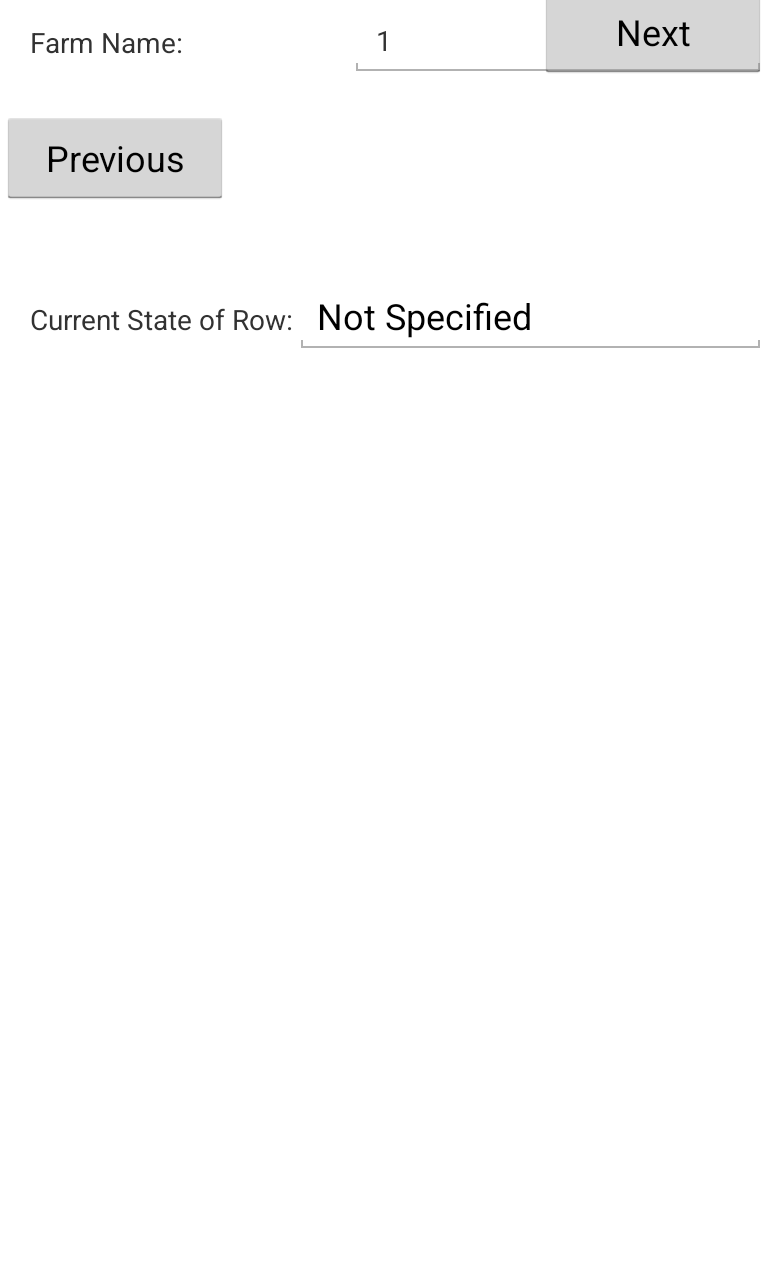
Repository: cokembel/FarmHand
Layout: FarmHand/res/layout/activity_main.xml
An editor plug-in stored every save of this project. The layout is shown before and after the next save, followed by the edit.
It is drawn on a 768 x 1280 px phone screen (xhdpi) without system bars, with theme AppTheme; the app's code is not run.

Above is the layout before, as saved 2012-12-03 08:38:50.

### FarmHand/res/layout/activity_main.xml

    <ScrollView xmlns:android="http://schemas.android.com/apk/res/android"
        android:layout_width="match_parent"
        android:layout_height="match_parent"
        android:layout_alignParentLeft="true"
        android:layout_alignParentTop="true" >

        <RelativeLayout
            android:layout_width="match_parent"
            android:layout_height="wrap_content" >

            <AutoCompleteTextView
                android:id="@+id/farm_name"
                android:layout_width="wrap_content"
                android:layout_height="wrap_content"
                android:layout_alignParentRight="true"
                android:layout_alignParentTop="true"
                android:ems="10" />

            <Button
                android:id="@+id/prev_row_button"
                android:layout_width="115dp"
                android:layout_height="wrap_content"
                android:layout_gravity="left"
                android:layout_marginTop="55dp"
                android:text="Previous" />

            <TextView
                android:id="@+id/farm_label"
                android:layout_width="100dp"
                android:layout_height="wrap_content"
                android:layout_alignBaseline="@id/farm_name"
                android:layout_alignBottom="@id/farm_name"
                android:layout_alignRight="@id/prev_row_button"
                android:text="@string/farm_name" />

            <TextView
                android:id="@+id/status_label"
                android:layout_width="wrap_content"
                android:layout_height="wrap_content"
                android:layout_marginTop="150dp"
                android:layout_alignLeft="@id/farm_label"
                android:text="@string/status" />

            <EditText
                android:id="@+id/current_status"
                android:layout_width="match_parent"
                android:layout_height="wrap_content"
                android:layout_alignBaseline="@id/status_label"
                android:layout_alignParentRight="true"
                android:layout_toRightOf="@+id/status_label"
                android:text="Not Specified" />

            <TextView
                android:id="@+id/row_number"
                android:layout_width="100dp"
                android:layout_height="40dp"
                android:layout_alignBottom="@+id/prev_row"
                android:layout_alignTop="@+id/prev_row"
                android:layout_centerHorizontal="true"
                android:gravity="center"
                android:text="1" />

            <Button
                android:id="@+id/next_row_button"
                android:layout_width="115dp"
                android:layout_height="match_parent"
                android:layout_alignBottom="@+id/row_number"
                android:layout_alignParentRight="true"
                android:layout_alignTop="@+id/prev_row"
                android:text="Next" />

            <Button
                android:id="@+id/not_down_button"
                android:text="Not Down"
                android:layout_gravity="left" />

            <Button
                android:id="@+id/down_button"
                android:layout_width="fill_parent"
                android:text="Down" />

        </RelativeLayout>

    </ScrollView>

### FarmHand/res/values/strings.xml
<resources>

    <string name="app_name">FarmHand</string>
    <string name="menu_settings">Settings</string>
    <string name="title_activity_main">MainActivity</string>
    <string name="farm_name">Farm Name:</string>
	<string name="status">Current State of Row:</string>

</resources>

Loaded but not shown: FarmHand/res/values-v11/styles.xml (common file); FarmHand/res/values-v14/styles.xml (common file); FarmHand/res/values/styles.xml (common file)

After the next save:
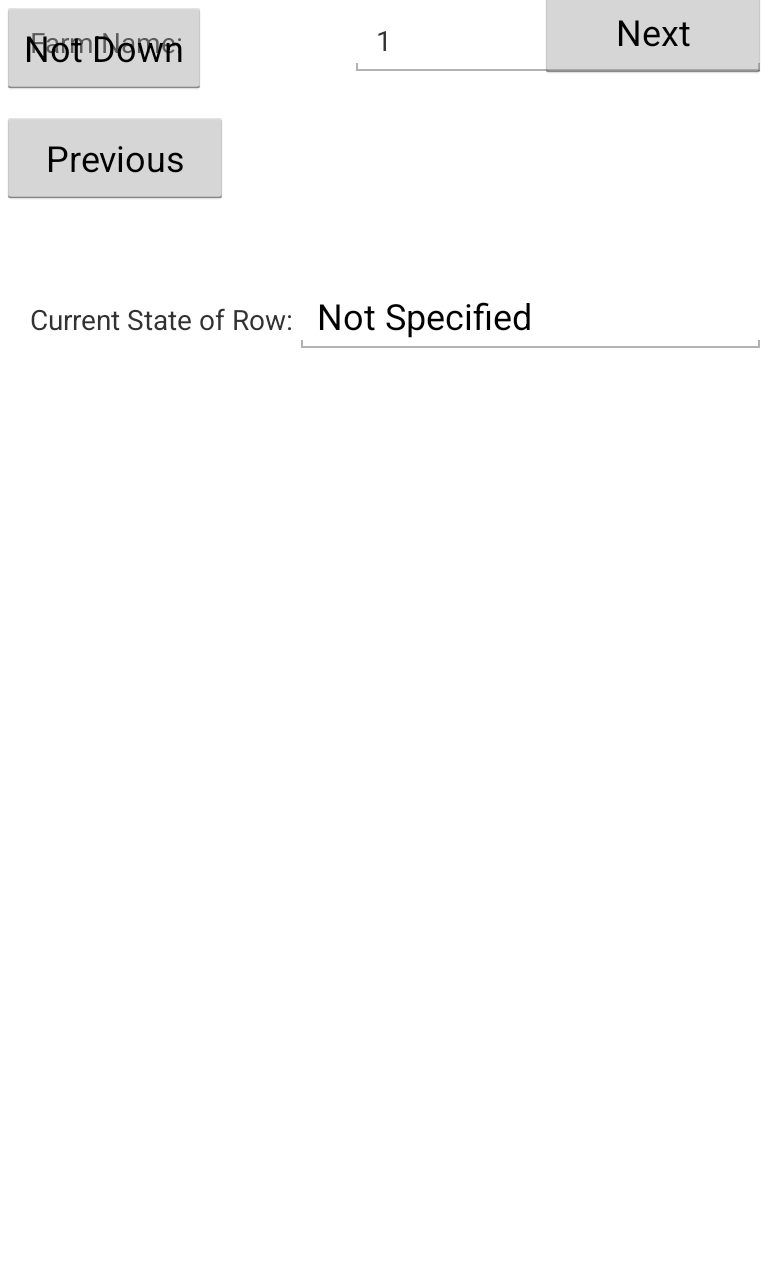
Saved 4 min 1 s later.
--- a/FarmHand/res/layout/activity_main.xml
+++ b/FarmHand/res/layout/activity_main.xml
@@ -73,6 +73,8 @@
             <Button
                 android:id="@+id/not_down_button"
                 android:text="Not Down"
+                android:layout_height="wrap_content"
+                android:layout_width="wrap_content"
                 android:layout_gravity="left" />
 
             <Button
